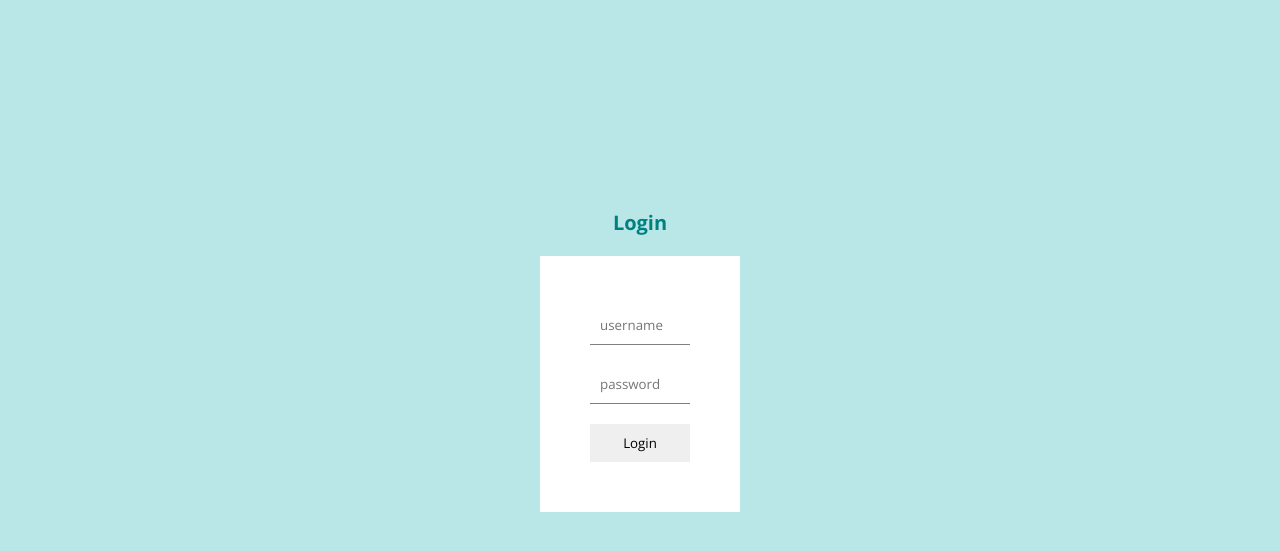
Repository: juansesu3/Blog-Full-Stack
Page: /login (app in client/blog/)
The author's editor kept a copy of each file at every save. The page is drawn from the files as they stood at one save, then again after a run of saves.
The browser window is 1280 px wide. The pictures show the whole page.
The project was rebuilt for these pictures with package versions that can differ from the ones it lists, and the page was loaded fresh each time. Also part of the build but not shown: client/blog/vite.config.js, client/blog/src/pages/Register.jsx, client/blog/src/pages/Single.jsx, client/blog/src/pages/Write.jsx, client/blog/src/pages/Home.jsx, client/blog/src/components/Navbar.jsx, client/blog/src/components/Footer.jsx.

Above is the page before, as saved 2023-04-18 13:42:50.

### client/blog/index.html
<!DOCTYPE html>
<html lang="en">

<head>
  <meta charset="UTF-8" />
  <link rel="icon" type="image/svg+xml" href="/vite.svg" />
  <link href="https://fonts.googleapis.com/css2?family=Open+Sans:wght@300;400;500;600;700;800&display=swap"
    rel="stylesheet" />
  <meta name="viewport" content="width=device-width, initial-scale=1.0" />
  <title>Blog</title>

</head>

<body>
  <div id="root"></div>
  <script type="module" src="/src/main.jsx"></script>
</body>

</html>

### client/blog/src/App.jsx
import {
  createBrowserRouter,
  Outlet,
  RouterProvider,
} from "react-router-dom";
import Register from "./pages/Register";
import Login from "./pages/Login";
import Single from "./pages/Single";
import Write from "./pages/Write";
import Home from "./pages/Home"
import Navbar from "./components/Navbar"
import Footer from "./components/Footer"
import "./style.scss"

const Layout = () => {

  return(
    <>
    <Navbar/>
    <Outlet/>
    <Footer/>
    </>
  )
}

const router = createBrowserRouter([
  {
    path: "/",
    element:<Layout/>,
    children:[
      {
        path:"/",
        element:<Home/>
      },
      {
        path:"/post/:id",
        element:<Single/>
      },
      {
        path:"/write",
        element:<Write/>
      }
    ]
  },
  {
    path: "/register",
    element: <Register />,
  },
  {
    path: "/login",
    element: <Login />,
  }
]);

function App() {
  return (
    <div className="app">
      <div className="container">
      <RouterProvider router={router} />
      </div>
    </div>
  )
}



export default App

### client/blog/src/pages/Login.jsx
import React from 'react'

const Login = () => {
  return (
    <div className='auth'>
      <h1>Login</h1>
      <form>
        <input type="text" placeholder='username' />
        <input type="password" placeholder='password' />
        <button>Login</button>
      </form>
      </div>
  )
}

export default Login

### client/blog/src/style.scss
* {
    box-sizing: border-box;
    font-family: "Open Sans", sans-serif;
    margin: 0;
    box-sizing: border-box;
  }

$lightGreen: #b9e7e7;
.app{
    .container{
        //LOGIN & REGISTER
        .auth{
            display: flex;
            flex-direction: column;
            align-items: center;
            justify-content: center;
            height: 100vh;
            background-color: $lightGreen;
        }
        h1{
            font-size: 20px;
            color:teal;
            margin-bottom: 20px;
        }
        form{
            display: flex;
            flex-direction: column;
            padding: 50px;
            background-color: white;
            width: 200px;
            gap: 20px;
        }
        input{
            padding: 10px;
            border: none;
            border-bottom: 1px solid gray ;
        }
        button{
            padding: 10px;
            border: none;

        }

    }
}

Loaded but not shown: client/blog/src/main.jsx (common file)

After the next 6 saves:
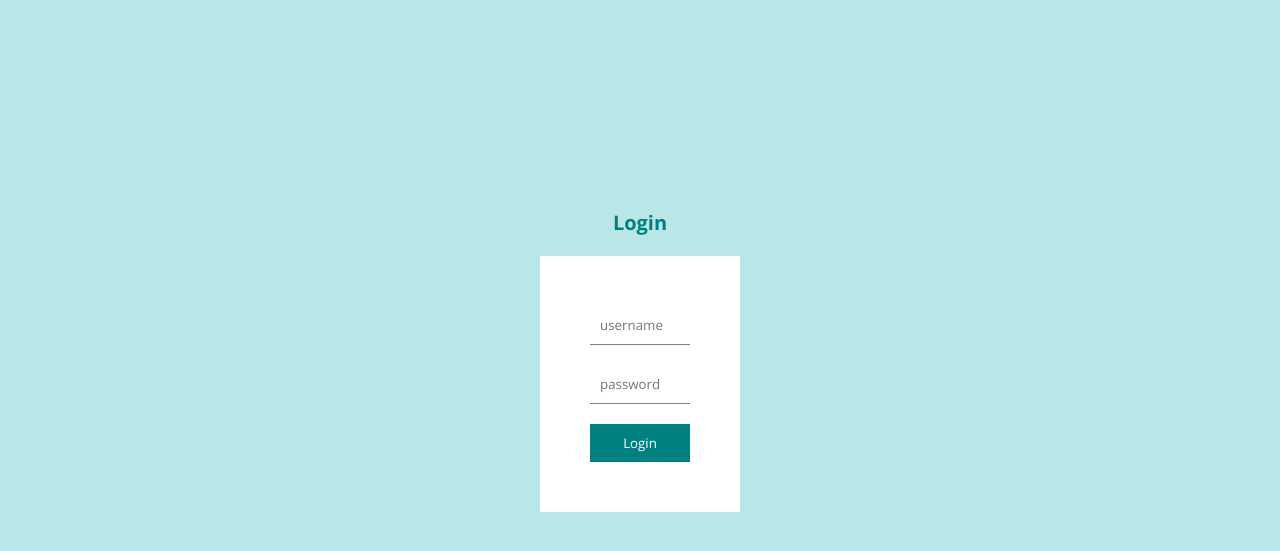
The 6 saves are shown as one change because they came seconds apart.
The last was saved 18 s later.
--- a/client/blog/src/style.scss
+++ b/client/blog/src/style.scss
@@ -38,6 +38,8 @@ $lightGreen: #b9e7e7;
         button{
             padding: 10px;
             border: none;
+            background-color: teal;
+            color: white;
 
         }
 
